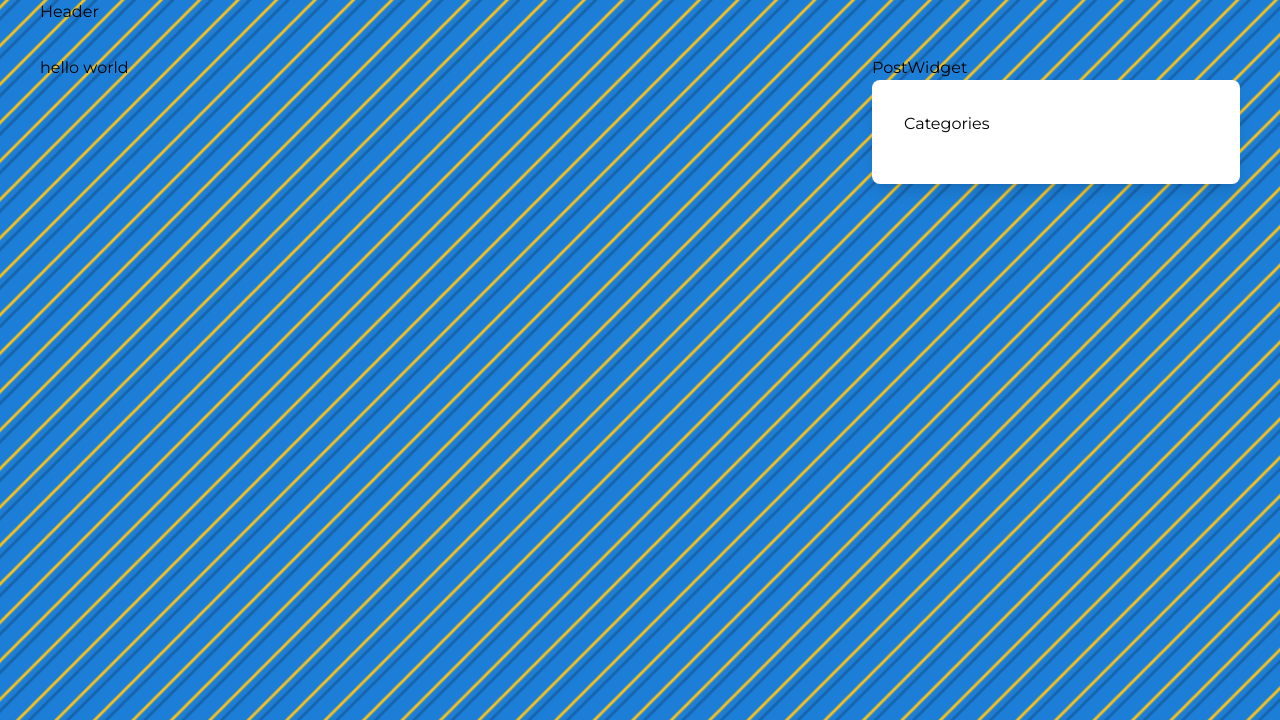
Repository: Sinkycode/Evangel_blog
Page: /
The author's editor kept a copy of each file at every save. The page is drawn from the files as they stood at one save, then again after the next save.
The browser window is 1280 px wide. The pictures show the whole page.
The project was rebuilt for these pictures with package versions that can differ from the ones it lists, and the page was loaded fresh each time. The framework's server and built-in components were replaced by stand-ins that run in the browser. Also part of the build but not shown: next.config.js, components/PostCard.jsx.

Above is the page before, as saved 2022-07-01 21:35:12.

After the next save:
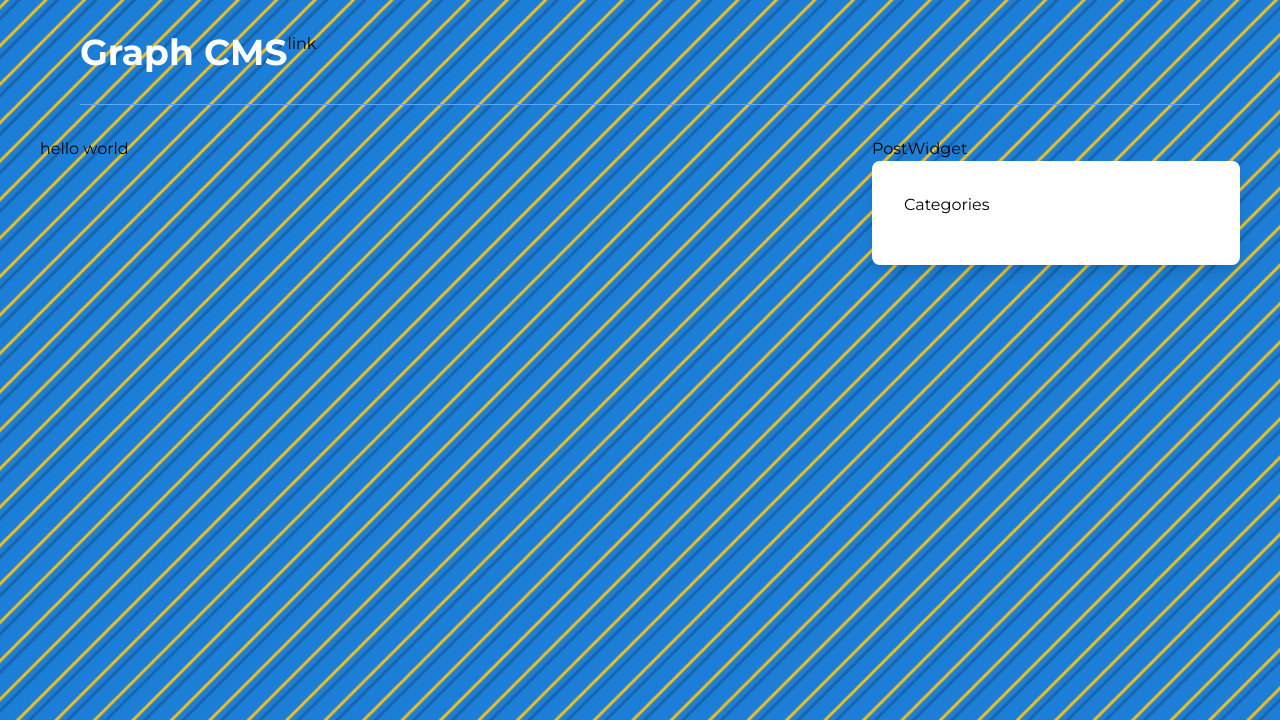
Saved 10 h 21 min later.
--- a/components/Header.jsx
+++ b/components/Header.jsx
@@ -6,7 +6,20 @@
 
   return (
     <div className="container mx-auto px-10 mb-8">
-      Header
+      <div className="container mx-auto px-10 mb-8">
+      <div className="border-b w-full inline-block border-blue-400 py-8">
+        <div className="md:float-left block">
+          <Link href="/">
+            <span className="cursor-pointer font-bold text-4xl text-white">
+              Graph CMS
+            </span>
+          </Link>
+        </div>
+        <div className="hidden md:float-left md:contents">
+          link
+        </div>
+      </div>
+    </div>
     </div>
   );
 };
